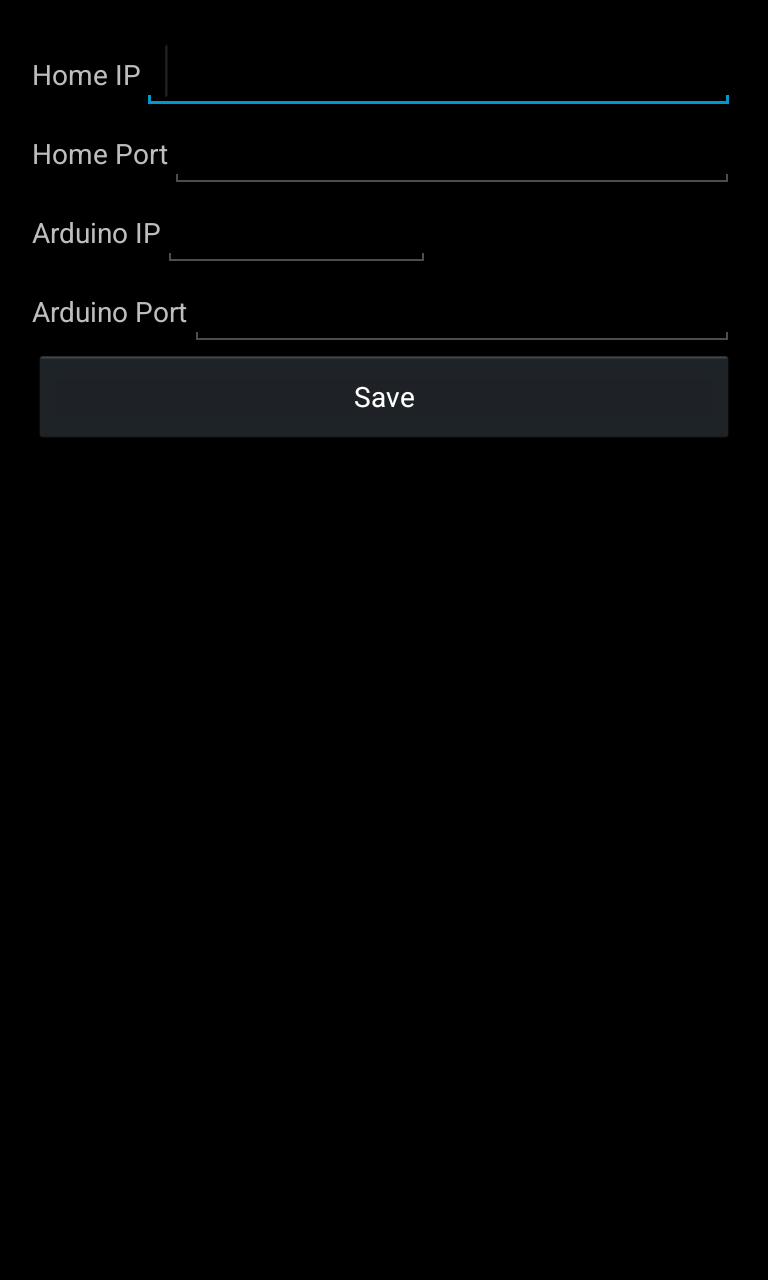
Repository: juanlurie/Android
Layout: HomeCommander/res/layout/settings.xml
These files come from the project's save history. The layout is drawn as it stood at one moment and after the next save; the edit follows.
It is drawn on a 768 x 1280 px phone screen (xhdpi) without system bars, with theme AppTheme; the app's code is not run.

Above is the layout before, as saved 2013-08-11 10:30:10.

After the next save:
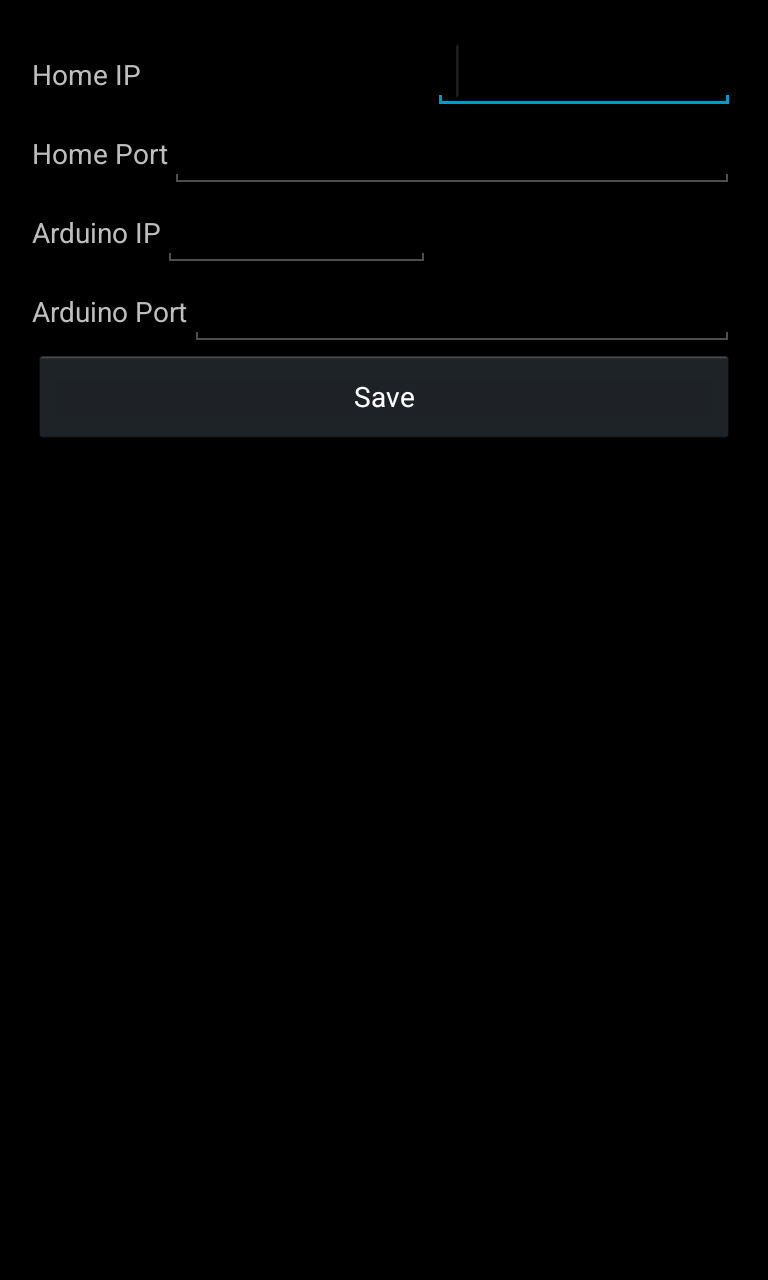
Saved 19 s later.
--- a/HomeCommander/res/layout/settings.xml
+++ b/HomeCommander/res/layout/settings.xml
@@ -16,7 +16,7 @@
 
         <TextView
             android:id="@+id/TextView03"
-            android:layout_width="wrap_content"
+           android:layout_width="200dp"
             android:layout_height="wrap_content"
             android:text="Home IP" />
 
